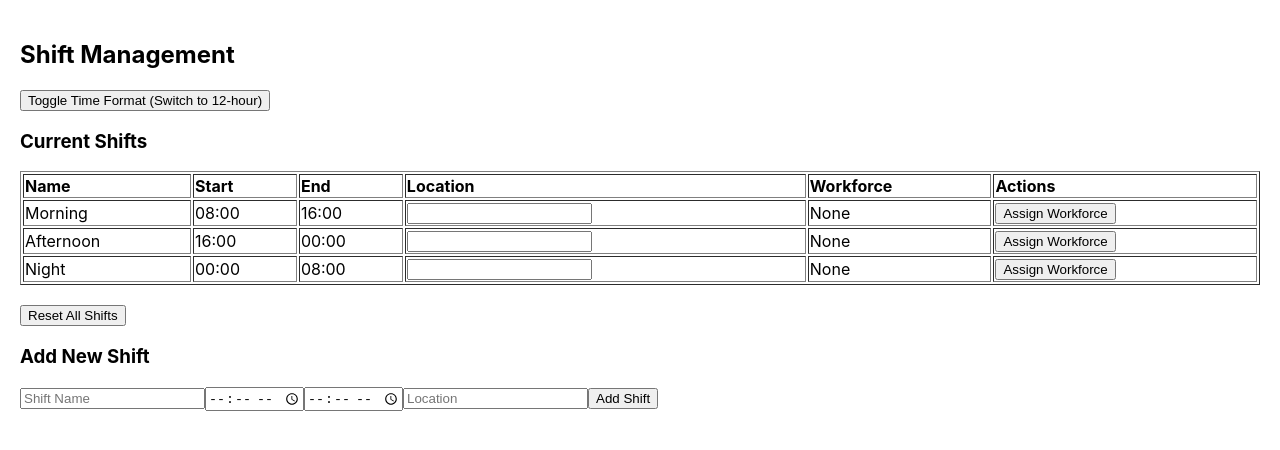
Repository: Manoj-T-V/ShiftOperator
Page: /shift
An editor plug-in stored every save of this project. The page is shown before and after the next save, followed by the edit.
The browser window is 1280 px wide. The pictures show the whole page.
The project was rebuilt for these pictures with package versions that can differ from the ones it lists, and the page was loaded fresh each time. Also part of the build but not shown: src/pages/AddTaskform.js, src/redux/features/selectors.js, src/pages/TaskReport.js.

Above is the page before, as saved 2024-11-29 13:22:40.

After the next save:
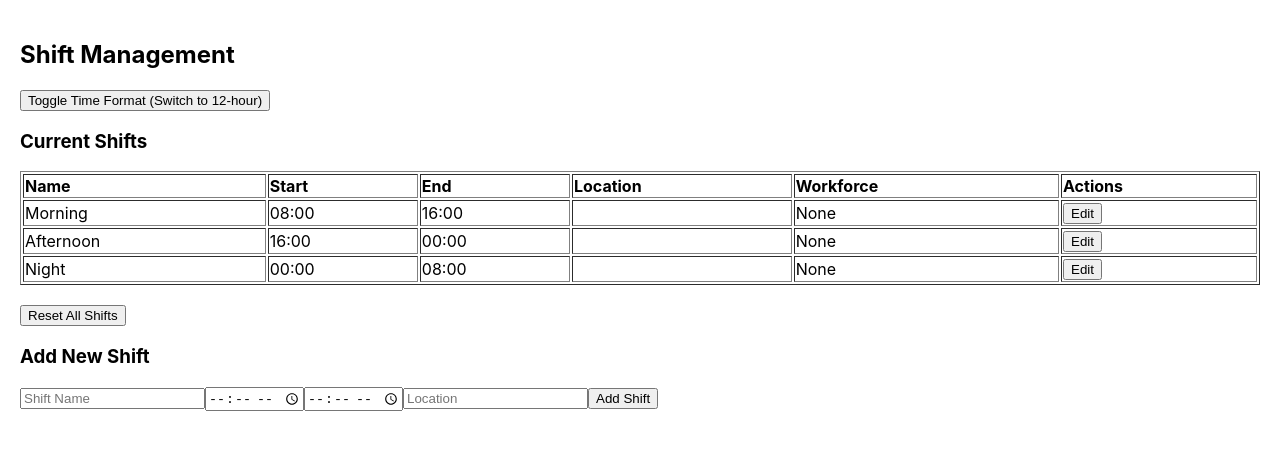
Saved 56 min 17 s later.
--- a/src/pages/ShiftManagement.js
+++ b/src/pages/ShiftManagement.js
@@ -5,7 +5,12 @@ import { addShift, updateShift, resetShifts, toggleTimeFormat } from "../redux/f
 const ShiftManagement = () => {
   const dispatch = useDispatch();
   const { shifts, timeFormat } = useSelector((state) => state.shift);
+
+  // State for new shift details
   const [newShift, setNewShift] = useState({ name: "", start: "", end: "", location: "", workforce: [] });
+
+  // State to track the shift being edited
+  const [editShift, setEditShift] = useState(null);
 
   const handleChange = (e) => {
     const { name, value } = e.target;
@@ -23,10 +28,23 @@ const ShiftManagement = () => {
     dispatch(updateShift({ id, updates: { [field]: value } }));
   };
 
+  const handleEditShift = (shift) => {
+    // Set the shift to be edited
+    setEditShift({ ...shift });
+  };
+
+  const handleSaveEditShift = () => {
+    if (editShift) {
+      dispatch(updateShift({ id: editShift.id, updates: { ...editShift } }));
+      setEditShift(null); // Exit edit mode
+    }
+  };
+
   return (
     <div style={{ padding: "20px" }}>
       <h2>Shift Management</h2>
 
+      {/* Toggle Time Format Button */}
       <button onClick={() => dispatch(toggleTimeFormat())}>
         Toggle Time Format ({timeFormat === "24-hour" ? "Switch to 12-hour" : "Switch to 24-hour"})
       </button>
@@ -53,17 +71,40 @@ const ShiftManagement = () => {
                 <td>{shift.start}</td>
                 <td>{shift.end}</td>
                 <td>
-                  <input
-                    type="text"
-                    value={shift.location}
-                    onChange={(e) => handleUpdateShift(shift.id, "location", e.target.value)}
-                  />
+                  {editShift?.id === shift.id ? (
+                    <input
+                      type="text"
+                      value={editShift.location}
+                      onChange={(e) =>
+                        setEditShift({ ...editShift, location: e.target.value })
+                      }
+                    />
+                  ) : (
+                    shift.location
+                  )}
                 </td>
-                <td>{shift.workforce.join(", ") || "None"}</td>
                 <td>
-                  <button onClick={() => handleUpdateShift(shift.id, "workforce", ["Operator A", "Operator B"])}>
-                    Assign Workforce
-                  </button>
+                  {editShift?.id === shift.id ? (
+                    <input
+                      type="text"
+                      value={editShift.workforce.join(", ")}
+                      onChange={(e) =>
+                        setEditShift({
+                          ...editShift,
+                          workforce: e.target.value.split(",").map((w) => w.trim()),
+                        })
+                      }
+                    />
+                  ) : (
+                    shift.workforce.join(", ") || "None"
+                  )}
+                </td>
+                <td>
+                  {editShift?.id === shift.id ? (
+                    <button onClick={handleSaveEditShift}>Save</button>
+                  ) : (
+                    <button onClick={() => handleEditShift(shift)}>Edit</button>
+                  )}
                 </td>
               </tr>
             ))}
@@ -71,6 +112,7 @@ const ShiftManagement = () => {
         </table>
       )}
 
+      {/* Reset All Shifts Button */}
       <button onClick={() => dispatch(resetShifts())} style={{ marginTop: "20px" }}>
         Reset All Shifts
       </button>
